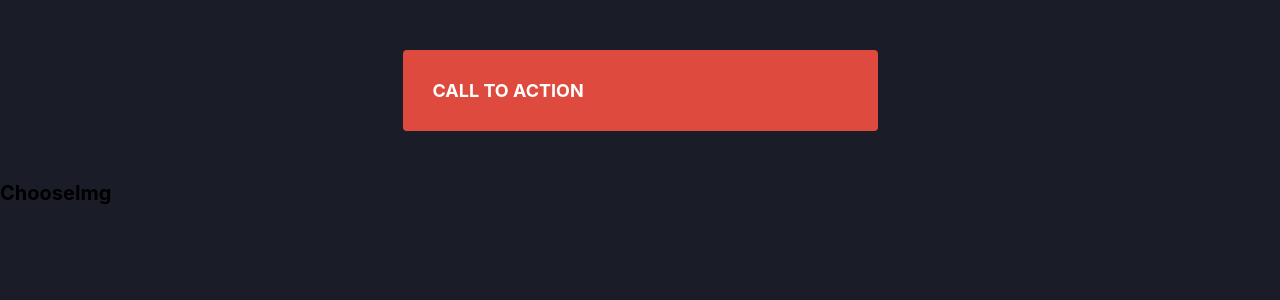
Repository: fdhhhdjd/React-Witth-Framer-Motion
Page: /
These files come from the project's save history. The page is drawn as it stood at one moment and after the next save; the edit follows.
The browser window is 1280 px wide. The pictures show the whole page.
The project was rebuilt for these pictures with package versions that can differ from the ones it lists, and the page was loaded fresh each time. Also part of the build but not shown: src/App.css.

Above is the page before, as saved 2021-10-11 20:19:32.

### src/App.js
import logo from "./logo.svg";
import "./App.css";
import { Switch, BrowserRouter, Route } from "react-router-dom";
import { Dropdown, ChooseImg } from "./Import/Index";
function App() {
  return (
    <BrowserRouter>
      <Dropdown />
      <Switch>
        <Route exact path="/" component={ChooseImg} />
      </Switch>
    </BrowserRouter>
  );
}

export default App;

### src/Import/Index.js
export { default as Dropdown } from "../Page/Dropdown/Dropdown";
export { default as ChooseImg } from "../Component/ChooseImg/ChooseImg";

### src/Page/Dropdown/Dropdown.js
import React, { useState } from "react";
import "./Dropdown.css";
const Dropdown = () => {
  const [select, setSelect] = useState("Choose Item 😉 ");
  return (
    <div class="dropdown">
      <div class="dropdown__select">
        <span class="dropdown__selected">Call to action</span>
        <i class="fa fa-caret-down dropdown__caret"></i>
      </div>
      <ul class="dropdown__list">
        <li class="dropdown__item">
          <span class="dropdown__text">New project</span>
          <i class="fa fa-plus-circle dropdown__icon"></i>
        </li>
        <li class="dropdown__item">
          <span class="dropdown__text">View profile</span>
          <i class="fa fa-user dropdown__icon"></i>
        </li>
        <li class="dropdown__item">
          <span class="dropdown__text">Settings</span>
          <i class="fa fa-cog dropdown__icon"></i>
        </li>
        <li class="dropdown__item">
          <span class="dropdown__text">Logout</span>
          <i class="fa fa-circle dropdown__icon"></i>
        </li>
      </ul>
    </div>
  );
};

export default Dropdown;

### src/Component/ChooseImg/ChooseImg.js
import React from "react";

const ChooseImg = () => {
  return (
    <div>
      <h1>ChooseImg</h1>
    </div>
  );
};

export default ChooseImg;

### src/Page/Dropdown/Dropdown.css
html {
    font-size: 62.5%;
    font-family: "Poppins", sans-serif;
    background-color: #1a1c28;
  }
  * {
    box-sizing: border-box;
  }
  :root {
    --primary: #de4b3e;
    --secondary: #c74237;
  }
  .dropdown {
    width: 100%;
    max-width: 47.5rem;
    margin: 5rem auto;
    position: relative;
    color: white;
    text-transform: uppercase;
    font-size: 1.8rem;
    font-weight: bold;
    border-radius: 4px;
  }
  .dropdown__select {
    border-radius: inherit;
  }
  .dropdown__list {
    margin-top: 2.5rem;
    position: absolute;
    top: 100%;
    left: 0;
    right: 0;
    display: none;
  }
  .dropdown__list:before {
    content: "";
    height: 2.5rem;
    position: absolute;
    left: 0;
    right: 0;
    background-color: transparent;
    transform: translateY(-100%);
  }
  .dropdown:hover .dropdown__list {
    display: block;
  }
  .dropdown__select,
  .dropdown__item {
    width: 100%;
    padding: 3rem;
    background-color: var(--primary);
    display: flex;
    align-items: center;
    justify-content: space-between;
    cursor: pointer;
  }
  .dropdown__item {
    transition: background-color 0.2s linear;
  }
  .dropdown__item:first-child {
    border-radius: 4px 4px 0 0;
    position: relative;
  }
  .dropdown__item:first-child:before {
    content: "";
    position: absolute;
    top: 0;
    left: 3rem;
    border-left: 10px solid transparent;
    border-right: 10px solid transparent;
    border-bottom: 10px solid var(--primary);
    transform: translateY(-100%);
    transition: border-color 0.2s linear;
  }
  .dropdown__item:first-child:hover:before {
    border-bottom-color: var(--secondary);
  }
  .dropdown__item:last-child {
    border-radius: 0 0 4px 4px;
  }
  .dropdown__item:hover {
    background-color: var(--secondary);
  }

Loaded but not shown: public/index.html (common file); src/index.js (common file); src/index.css (common file); src/reportWebVitals.js (common file)

After the next save:
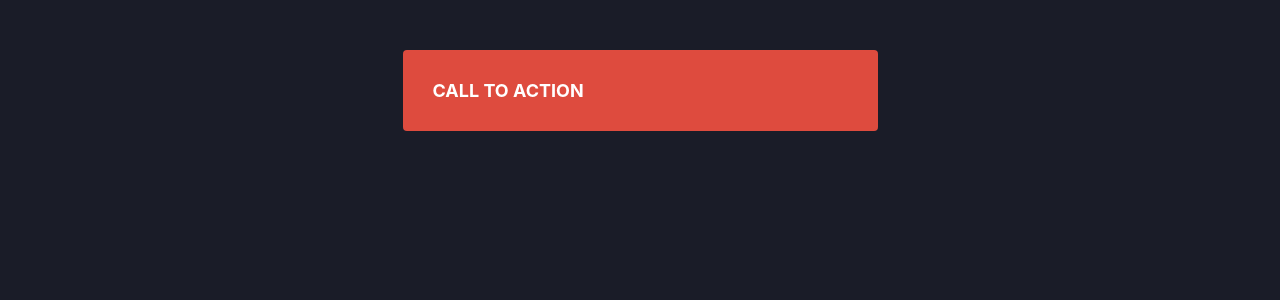
Saved 19 s later.
--- a/src/App.js
+++ b/src/App.js
@@ -6,9 +6,7 @@ function App() {
   return (
     <BrowserRouter>
       <Dropdown />
-      <Switch>
-        <Route exact path="/" component={ChooseImg} />
-      </Switch>
+      <Switch>{/* <Route exact path="/" component={ChooseImg} /> */}</Switch>
     </BrowserRouter>
   );
 }
